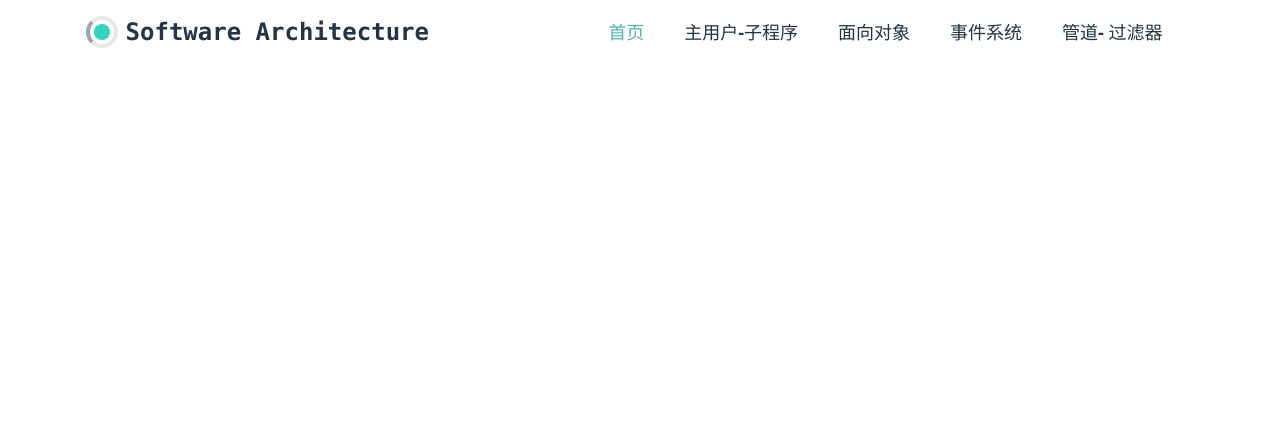
Repository: MarchRory/software_architecture_lab2
Page: / (app in lab2/)
These files come from the project's save history. The page is drawn as it stood at one moment and after the next save; the edit follows.
The browser window is 1280 px wide. The pictures show the whole page.
The project was rebuilt for these pictures with package versions that can differ from the ones it lists, and the page was loaded fresh each time. Also part of the build but not shown: lab2/vite.config.ts. Imported but missing from the stored project, and not drawn on this page: lab2/src/views/OOP/index.vue, lab2/src/views/PipFilter/index.vue, lab2/src/views/eventsSys/index.vue, lab2/src/views/mainChild/index.vue.

Above is the page before, as saved 2023-11-16 13:23:51.

After the next save:
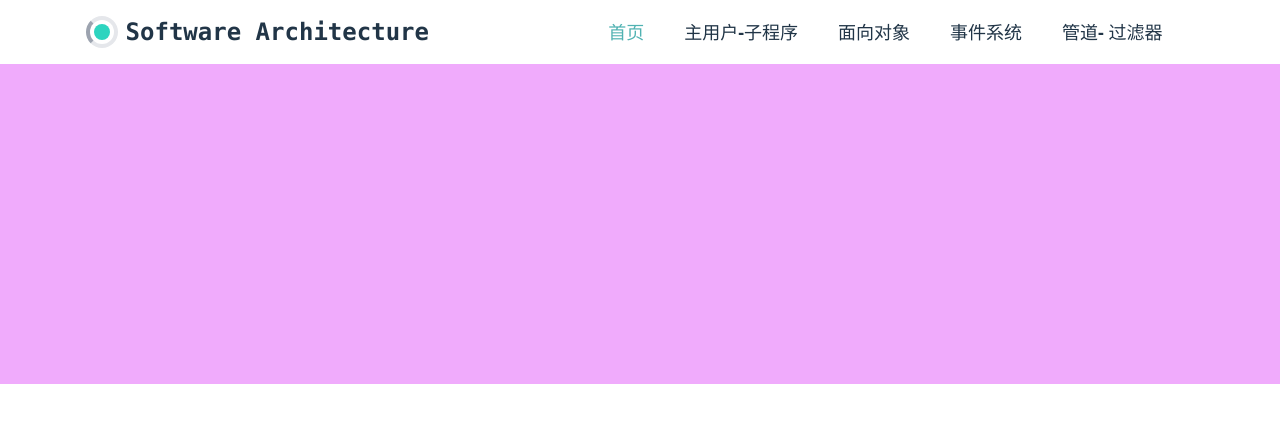
Saved 41 s later.
--- a/lab2/src/layout/Main.vue
+++ b/lab2/src/layout/Main.vue
@@ -1,7 +1,7 @@
 <script setup lang="ts"></script>
 
 <template>
-	<div class="w-full px-16 h-84 bg-fuchsia-300">
+	<div class="w-full px-16 h-80 bg-fuchsia-300">
 		<router-view></router-view>
 	</div>
 </template>

After the 4 saves that followed:
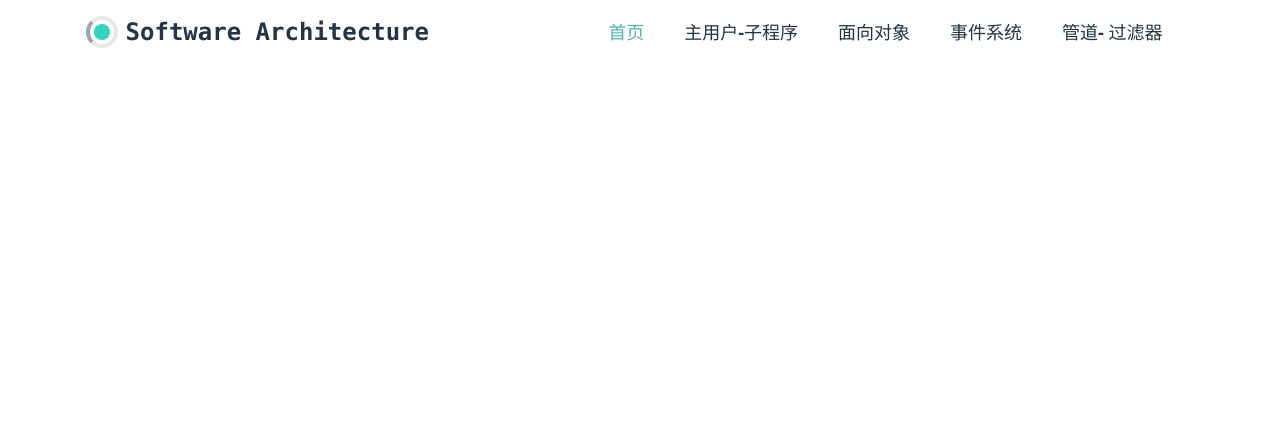
The 4 saves are shown as one change because 3 left the picture as it was.
The last was saved 41 s later.
--- a/lab2/src/layout/Main.vue
+++ b/lab2/src/layout/Main.vue
@@ -1,7 +1,7 @@
 <script setup lang="ts"></script>
 
 <template>
-	<div class="w-full px-16 h-80 bg-fuchsia-300">
+	<div class="w-full px-36 h-1/1 bg-fuchsia-300">
 		<router-view></router-view>
 	</div>
 </template>
